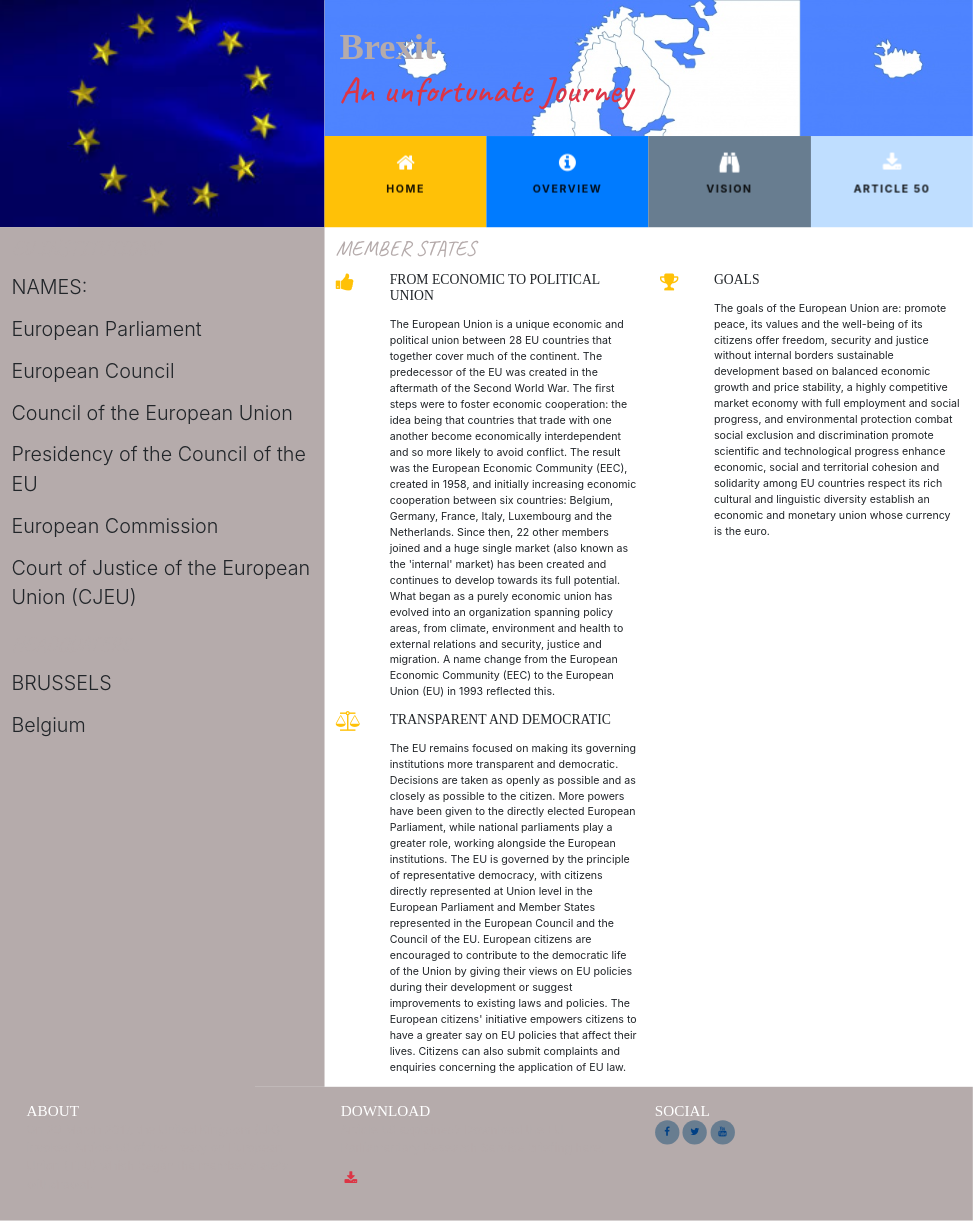
Repository: isiko1/Milestone_Project_One
Page: index.html
The author's editor kept a record of every edit. The page is drawn from the files as they stood at one moment, then again after the next edit.
The browser window is 1280 px wide. The pictures show the whole page, at 76% of full size.
Some web fonts or font styles are not loaded; a fallback is used.

Above is the page before.

After the next edit:
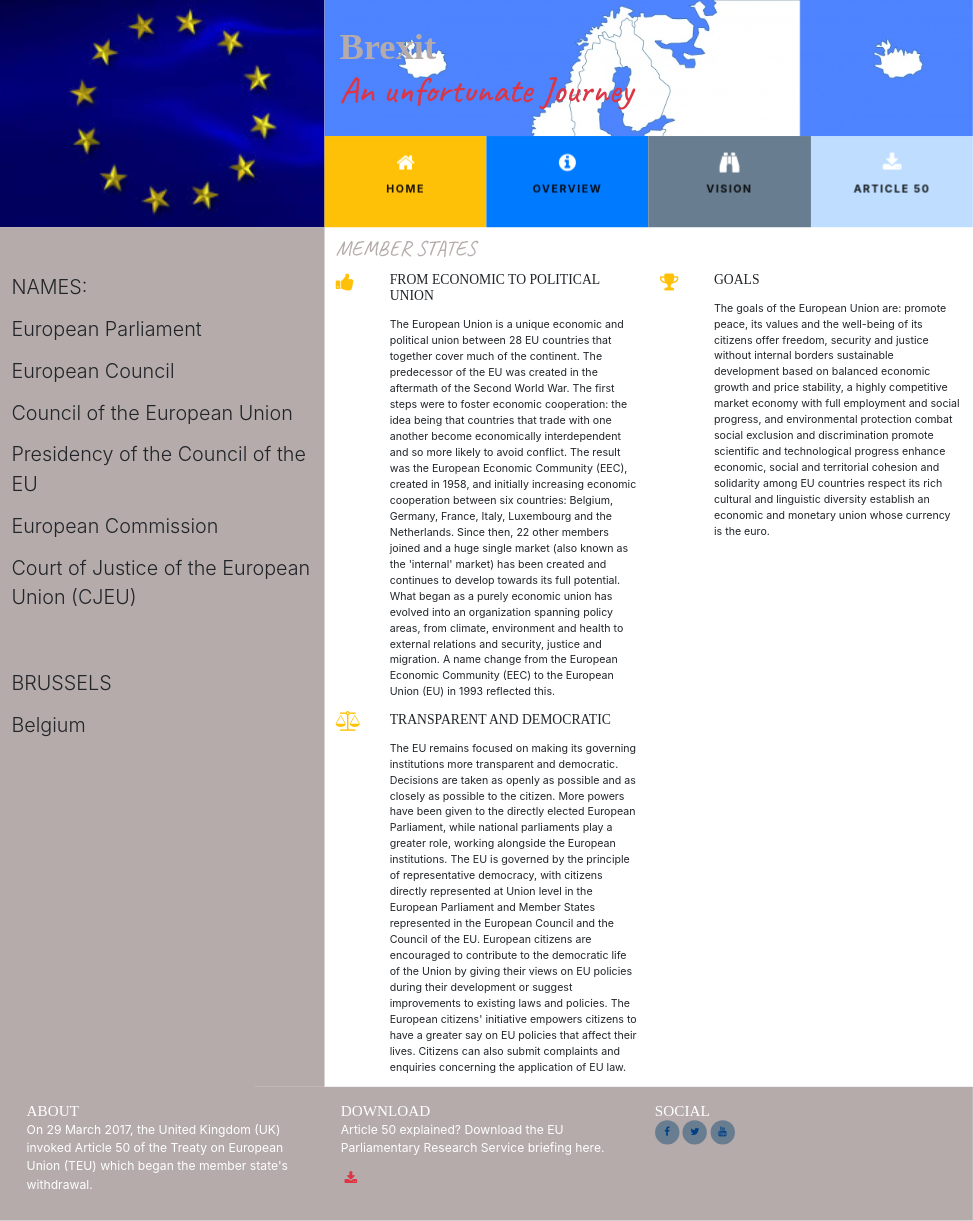
The edit:
--- a/info/css/style.css
+++ b/info/css/style.css
@@ -190,7 +190,7 @@
 footer {
     background-color: #b5abab;
     min-height: 120px;
-    color: #b5abab;
+    color:#fff;
     margin: 0;
 }
 
